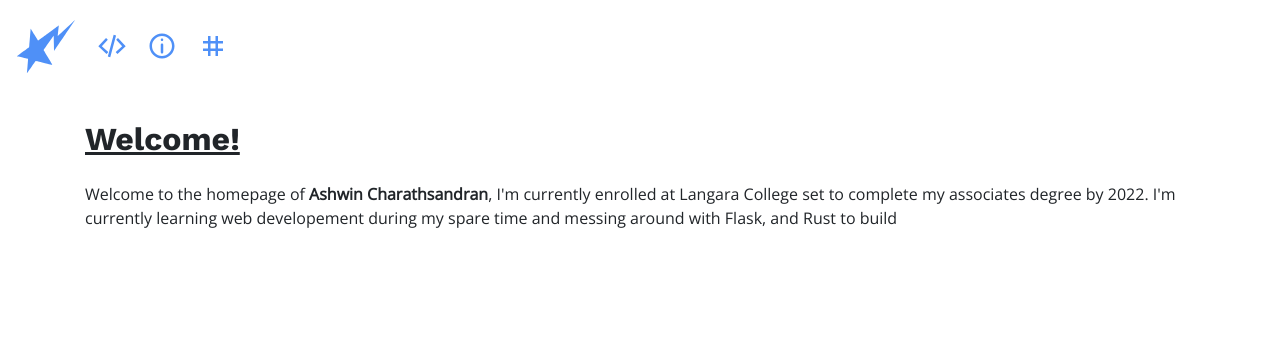
Repository: xxiz/ashwin.lol_flask
Page: http://localhost/
The author's editor kept a copy of each file at every save. The page is drawn from the files as they stood at one save, then again after the next save.
The browser window is 1280 px wide. The pictures show the whole page.
The page is served by the project's application, run on Flask 3 (app.py).

Above is the page before, as saved 2021-08-31 17:24:24.

### templates/index.html
{% extends 'base.html'%}
{% block content %}
<br>
    <h1>Welcome!</h1>
    <p class="confined">Welcome to the homepage of <b>Ashwin Charathsandran</b>, I'm currently enrolled at Langara College set to complete my associates degree by 2022. I'm currently learning web developement during my spare time and messing around with Flask, and Rust to build </p>
{% endblock %}

### templates/base.html
<!DOCTYPE html>
<html lang="en">
<head>
    <meta charset="UTF-8">
    <meta http-equiv="X-UA-Compatible" content="IE=edge">
    <meta name="viewport" content="width=device-width, initial-scale=1.0">
    <meta name="viewport" content="width=device-width, initial-scale=1">
    <link rel="stylesheet" href="https://stackpath.bootstrapcdn.com/bootstrap/4.1.3/css/bootstrap.min.css" integrity="sha384-MCw98/SFnGE8fJT3GXwEOngsV7Zt27NXFoaoApmYm81iuXoPkFOJwJ8ERdknLPMO" crossorigin="anonymous">
    <link href='https://css.gg/home-alt.css' rel='stylesheet'>
    <link rel="stylesheet" href="static/app.css">
    <title>{{ title }}</title>
</head>
<body>
  <header>
    <nav>
      <!-- SVG's provided by https://css.gg/ and https://www.pinterest.ca/pin/502432902151236766/
           these images are not mine and I simply modified them.
      -->
      <a class="logo" href="/">
        <svg id="svg" xmlns="http://www.w3.org/2000/svg" xmlns:xlink="http://www.w3.org/1999/xlink" viewBox="0, 0, 400,400"><g id="svgg"><path id="path0" d="M375.404 43.010 C 366.024 51.806,347.525 69.114,334.297 81.472 C 321.068 93.829,303.241 110.484,294.681 118.483 C 286.121 126.482,278.911 132.820,278.658 132.567 C 278.241 132.149,284.716 69.460,285.588 65.478 C 285.791 64.550,285.639 63.790,285.251 63.790 C 284.648 63.790,260.992 80.890,237.523 98.291 C 227.623 105.631,148.371 163.243,147.334 163.854 C 146.751 164.197,138.491 151.049,123.021 125.151 C 98.113 83.455,97.570 82.612,97.546 85.580 C 97.537 86.597,97.035 93.171,96.430 100.188 C 95.824 107.205,94.649 121.220,93.817 131.332 C 92.986 141.445,91.633 157.655,90.811 167.355 C 89.989 177.054,88.915 190.160,88.425 196.477 C 87.935 202.795,87.173 208.400,86.731 208.934 C 85.375 210.573,15.246 261.837,10.457 264.690 C 7.982 266.164,6.052 267.463,6.168 267.576 C 6.284 267.690,11.276 268.981,17.261 270.446 C 58.961 280.654,79.884 285.969,80.349 286.471 C 80.645 286.792,79.104 308.161,76.923 333.959 C 74.743 359.756,73.037 380.949,73.132 381.055 C 73.227 381.161,86.102 363.134,101.743 340.997 C 117.384 318.859,130.527 300.273,130.950 299.695 C 131.591 298.819,138.848 300.405,174.490 309.212 C 232.789 323.618,241.800 325.782,242.458 325.539 C 242.770 325.423,229.838 303.377,213.719 276.548 C 197.601 249.719,184.258 227.206,184.069 226.520 C 183.768 225.431,245.875 136.802,249.908 132.565 C 251.796 130.581,252.035 135.511,252.617 188.555 C 252.883 212.805,253.310 232.629,253.567 232.609 C 253.824 232.589,259.323 224.737,265.789 215.160 C 272.254 205.584,296.196 170.394,318.994 136.961 C 341.791 103.527,364.809 69.756,370.144 61.914 C 375.479 54.071,383.015 43.011,386.889 37.336 C 390.764 31.660,393.603 27.017,393.197 27.017 C 392.792 27.017,384.785 34.214,375.404 43.010 " stroke="none" fill="#4f90f7" fill-rule="evenodd"></path></g></svg></a>
      <a href="/projects"><?xml version="1.0" encoding="UTF-8"?><svg viewBox="0 0 24 24" xmlns="http://www.w3.org/2000/svg"><path d="m13.325 3.0501-4.6576 17.382 1.9319 0.5176 4.6575-17.382-1.9318-0.51764z" fill="currentColor"/><path d="m7.612 18.361 1.3594-1.4484-5e-4 -0.0191-5.0943-4.7812 4.7904-5.1041-1.4583-1.3687-6.1591 6.5624 6.5624 6.1591z" fill="currentColor"/><path d="m16.388 18.361-1.3594-1.4484 5e-4 -0.0191 5.0943-4.7812-4.7904-5.1041 1.4583-1.3687 6.1591 6.5624-6.5624 6.1591z" fill="currentColor"/></svg></a>
      <a href=""><?xml version="1.0" encoding="UTF-8"?><svg viewBox="0 0 24 24" xmlns="http://www.w3.org/2000/svg"><path d="m11 10.979c0-0.5523 0.4477-1 1-1s1 0.44773 1 1v6c0 0.5523-0.4477 1-1 1s-1-0.4477-1-1v-6z" fill="currentColor"/><path d="m12 6.0512c-0.5523 0-1 0.44771-1 1 0 0.55228 0.4477 1 1 1s1-0.44772 1-1c0-0.55229-0.4477-1-1-1z" fill="currentColor"/><path d="m12 2c-5.5228 0-10 4.4772-10 10 0 5.5228 4.4772 10 10 10 5.5228 0 10-4.4772 10-10 0-5.5228-4.4772-10-10-10zm-8 10c0 4.4183 3.5817 8 8 8 4.4183 0 8-3.5817 8-8 0-4.4183-3.5817-8-8-8-4.4183 0-8 3.5817-8 8z" clip-rule="evenodd" fill="currentColor" fill-rule="evenodd"/></svg></a>
      <a href=""><?xml version="1.0" encoding="UTF-8"?><svg fill="none" viewBox="0 0 24 24" xmlns="http://www.w3.org/2000/svg"><path d="m8 4v4h-4v2h4v4h-4v2h4v4h2v-4h4v4h2v-4h4v-2h-4v-4h4v-2h-4v-4h-2v4h-4v-4h-2zm6 10v-4h-4v4h4z" clip-rule="evenodd" fill="currentColor" fill-rule="evenodd"/></svg></a>
    </nav>
  </header>
  <main>
    <div class="container">
      {% block content %} {% endblock %}
  </div>
  </main>
    <script src="https://code.jquery.com/jquery-3.3.1.slim.min.js" integrity="sha384-q8i/X+965DzO0rT7abK41JStQIAqVgRVzpbzo5smXKp4YfRvH+8abtTE1Pi6jizo" crossorigin="anonymous"></script>
    <script src="https://cdnjs.cloudflare.com/ajax/libs/popper.js/1.14.3/umd/popper.min.js" integrity="sha384-ZMP7rVo3mIykV+2+9J3UJ46jBk0WLaUAdn689aCwoqbBJiSnjAK/l8WvCWPIPm49" crossorigin="anonymous"></script>
    <script src="https://stackpath.bootstrapcdn.com/bootstrap/4.1.3/js/bootstrap.min.js" integrity="sha384-ChfqqxuZUCnJSK3+MXmPNIyE6ZbWh2IMqE241rYiqJxyMiZ6OW/JmZQ5stwEULTy" crossorigin="anonymous"></script>
</body>
</html>

### app.py
from flask import Flask, request
from web.content import index_page, projects_page
web = Flask(__name__)
web.config['SQLALCHEMY_TRACK_MODIFICATIONS'] = False

@web.route('/')
def index():
    return index_page()

@web.route('/projects')
def projects():
    return projects_page()

### web/content.py
from flask import render_template
import json

# Page Content
prefix = "Ashwin Charathsandran — "

# Meta Tags
preview_message = ""
preview_title = ""
preview_image = ""

with open('web/projects.json', 'r') as file:
    projects = json.load(file)

def index_page():
    return render_template('index.html',
    title = prefix + "Welcome!",
    preview_title = preview_title,
    preview_image = preview_image,
    preview_message = preview_message)

def projects_page():
    return render_template('projects.html',
    title = prefix + "Projects",
    items = projects,
    preview_title = preview_title,
    preview_image = preview_image,
    preview_message = preview_message)

### web/projects.json
[
        {
            "title": "Vernon",
            "description": "Quality-focused reboot composite",
            "image_url": "http://placeimg.com/640/480"
        },
        {
            "title": "Nolan",
            "description": "Multi-layered firmware",
            "image_url": "http://placeimg.com/640/480"
        },
        {
            "title": "Reyes",
            "description": "array national",
            "image_url": "http://placeimg.com/640/480"
        }
]

### static/app.css
@import url('https://fonts.googleapis.com/css2?family=Work+Sans:wght@400;700&display=swap');
@import url('https://fonts.googleapis.com/css2?family=Open+Sans&display=swap');

:root {
    --blue: #4f90f7;
    --red: #d93434;
}

h1 {
    font-family: 'Work Sans', sans-serif;
    font-weight: 700;
    padding-bottom: 0.5em; padding-top: 0.5em;
    text-decoration: underline;
    font-size: 32px;
}

p {
    font-family: 'Open Sans', sans-serif;
    font-weight: 400;
}

.container {
    width: 95%;
}

a {
    text-decoration: none;
    color: var(--blue);
}

a:hover {
    animation: hover-effect 1s infinite linear;
}

.card {
    margin-bottom: 1.5em;
}

.description {
    padding-bottom: 0.5em;
    font-size: 18px;
}
nav {
    padding: 1em;
    overflow: hidden;
    position: fixed;
    top: 0;
    width: 100%;
}

nav a svg {
    width: 30px;
}

.navbar-logo {
    margin-right: 50px;
    width: 60px;
}

.nav-item {
    font-weight: 700;
}
main {
    padding-top: 80px;
}

.logo svg {
    width: 60px;
}

nav a  {
    padding-right: 1em;
}
@keyframes hover-effect {
    0% {
        color: var(--blue);
    }
    50% {
        color: var(--red);

    }
    100% {
        color: var(--blue);
    }
}

After the next save:
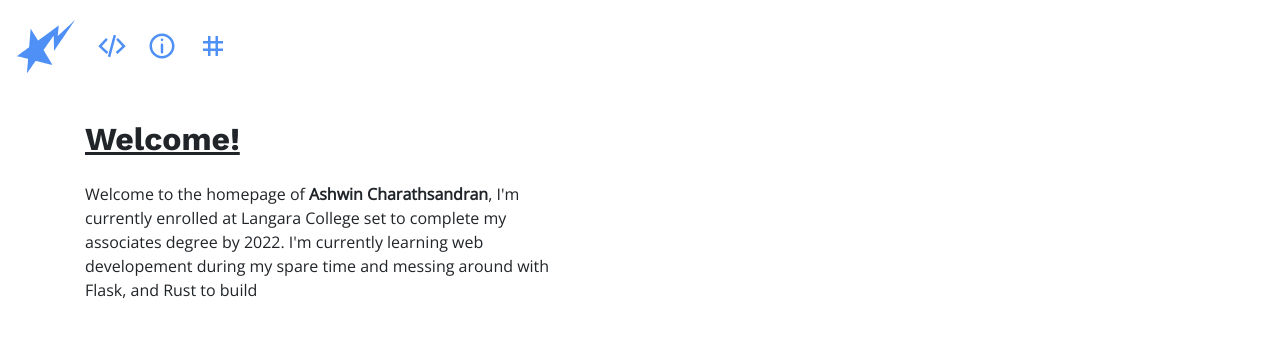
Saved 69 s later.
--- a/static/app.css
+++ b/static/app.css
@@ -19,8 +19,8 @@ p {
     font-weight: 400;
 }
 
-.container {
-    width: 95%;
+.confined {
+    max-width: 500px;
 }
 
 a {
